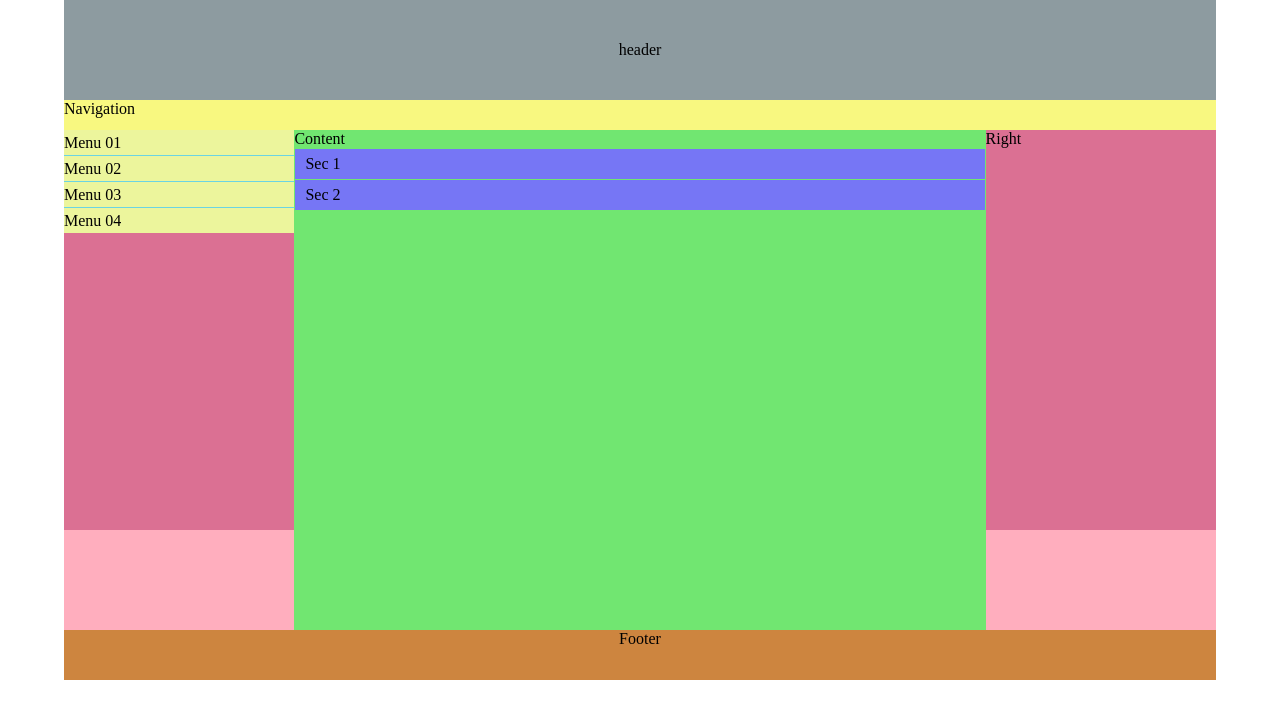
Repository: cvTuananh/Wed-famework
Page: Lab04/lab04/demo04.html
The author's editor kept a copy of each file at every save. The page is drawn from the files as they stood at one save, then again after a run of saves.
The browser window is 1280 px wide. The pictures show the whole page.
The pointer rests on the first visible `.menu li`.

Above is the page before, as saved 2021-09-28 19:11:06.

### Lab04/lab04/demo04.html
<!DOCTYPE html>
<html lang="en">
<head>
    <meta charset="UTF-8">
    <meta http-equiv="X-UA-Compatible" content="IE=edge">
    <meta name="viewport" content="width=device-width, initial-scale=1.0">
    <title>Document</title>
    <link rel="stylesheet" href="demo04.css">
</head>
<body>
    <div class="container">
        <header>header</header>
        <nav>Navigation</nav>
        <aside>
            <ul class="menu">
                <li>Menu 01</li>
                <li>Menu 02</li>
                <li>Menu 03</li>
                <li>Menu 04</li>
            </ul>
        </aside>
        <article>Content
            <section>Sec 1</section>
            <section>Sec 2</section>
        </article>
        <aside>Right</aside>
        <footer>Footer</footer>
    </div>
</body>
</html>

### Lab04/lab04/demo04.css
body {
    padding : 0 ;
    margin : 0 ;
}
.container{
    background-color: #ffaebe;
    width: 90%;
    padding: 0;
    margin: 0 auto;

}

header{
    background-color: rgb(141, 155, 160);
    height: 100px;
    line-height: 100px;
    text-align: center;
}
nav{
    background-color: rgb(248, 248, 128);
    height: 30px;
}
aside{
    background-color: palevioletred;
    min-height: 400px;
    width:20%;
    float: left; /* sap xep thanh hang */

}
article{
    float: left; /* sap xep thanh hang */
    background-color: rgb(113, 230, 113);
    min-height: 500px;
    width:60%;
}
footer{
    background-color: peru;
    height: 50px;
    text-align: center;
    clear: both;
}
section{
    background-color: rgb(118, 118, 245);
    line-height: 30px;
    height: 30px;
    padding-left: 10px;
    margin: 1px;
}
.menu{
    padding:0%;
    list-style: none;
    margin: 0;
    background-color: rgb(107, 212, 226);
}
.menu li{
    background-color: rgb(236, 245, 156);
    margin-bottom: 1px;
    height: 25px;
    line-height: 25px;
}

.menu li:hover{
    b
}

After the next 4 saves:
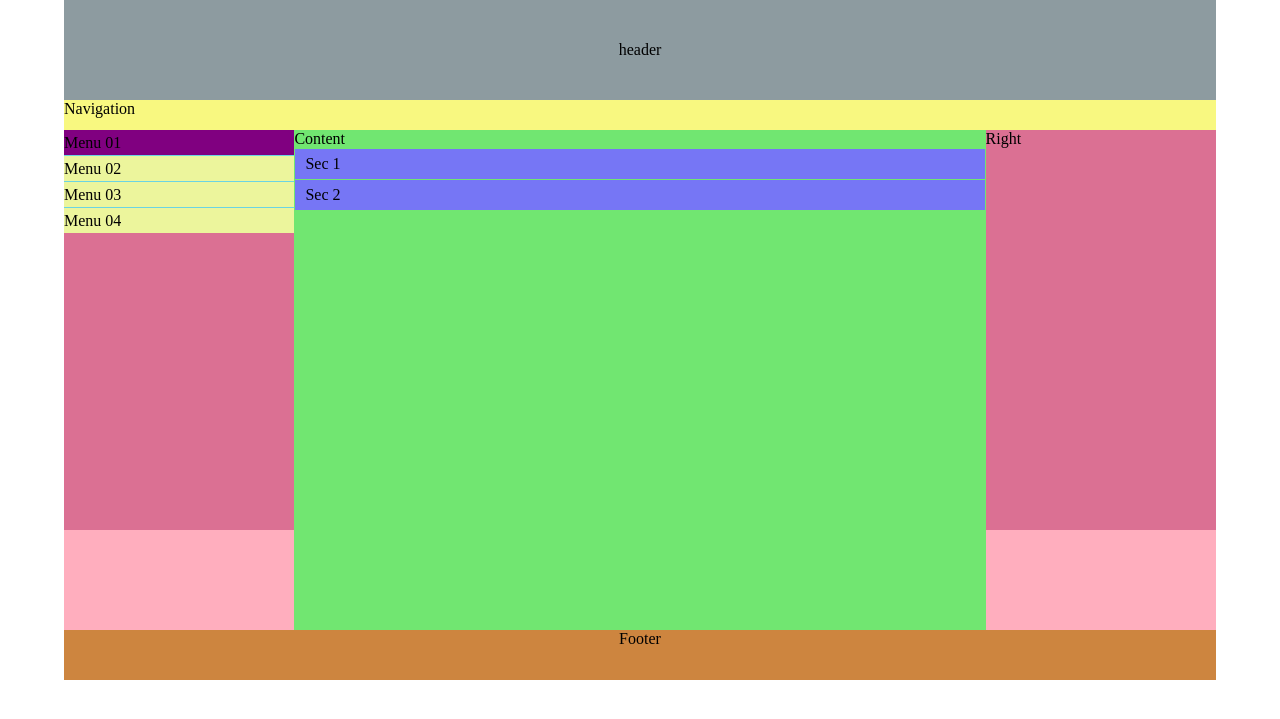
The 4 saves are shown as one change because they came seconds apart.
The last was saved 8 s later.
--- a/Lab04/lab04/demo04.css
+++ b/Lab04/lab04/demo04.css
@@ -60,5 +60,5 @@ section{
 }
 
 .menu li:hover{
-    b
+    background-color: purple;
 }
